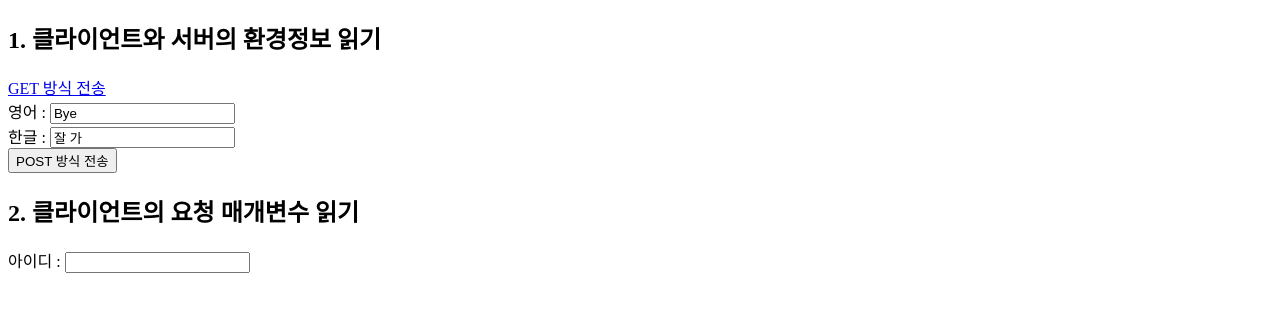
Repository: devgolol/JSP-_Servlet
Page: http://localhost/MustHaveJSP/02ImplicitObject/RequestMain.jsp
The author's editor kept a copy of each file at every save. The page is drawn from the files as they stood at one save, then again after the next save.
The browser window is 1280 px wide. The pictures show the whole page.
The page is served by Tomcat 10. Other server files are loaded and not shown.

Above is the page before, as saved 2025-05-02 05:45:10.

### MustHaveJSP/src/main/webapp/02ImplicitObject/RequestMain.jsp
<%@ page language="java" contentType="text/html; charset=UTF-8"
    pageEncoding="UTF-8"%>
<!DOCTYPE html>
<html>
<head>
<meta charset="UTF-8">
<title>내장 객체 - request</title>
</head>
<body>
	<h2>1. 클라이언트와 서버의 환경정보 읽기</h2>
	<a href = "./RequestWebInfo.jsp?eng=Hello&han=안녕">
	GET 방식 전송
	</a>
	<br/>
	<form action="RequestWebInfo.jsp" method="post">
		영어 : <input type="text" name= "eng" value="Bye"/><br/>
		한글 : <input type="text" name= "han" value="잘 가"/><br/>
		<input type="submit" value="POST 방식 전송"/>
	</form>


	<h2>2. 클라이언트의 요청 매개변수 읽기</h2>


	<form action="RequestParameter.jsp" method="post">
	아이디 : <input type="text" name="id" value=""/><br/>
	</form>

</body>
</html>

After the next save:
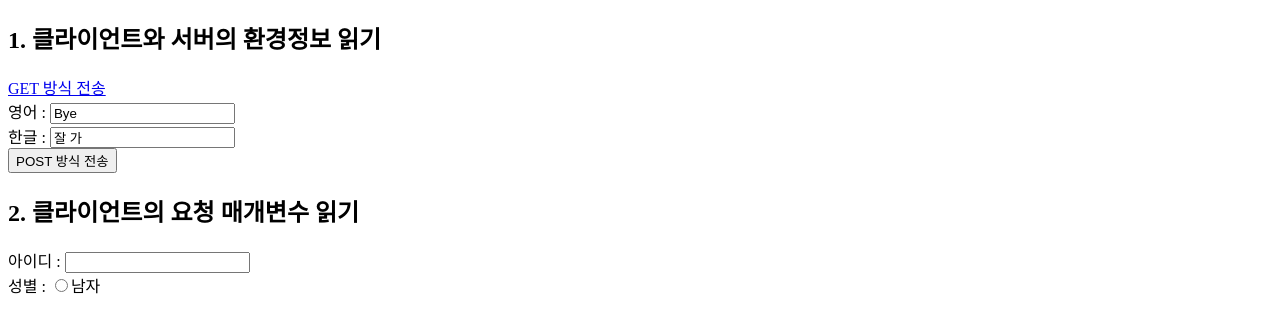
Saved 44 s later.
--- a/MustHaveJSP/src/main/webapp/02ImplicitObject/RequestMain.jsp
+++ b/MustHaveJSP/src/main/webapp/02ImplicitObject/RequestMain.jsp
@@ -24,6 +24,7 @@
 
 	<form action="RequestParameter.jsp" method="post">
 	아이디 : <input type="text" name="id" value=""/><br/>
+	성별 : <input type="radio" name="sex" value="man"/>남자
 	</form>
 
 </body>
